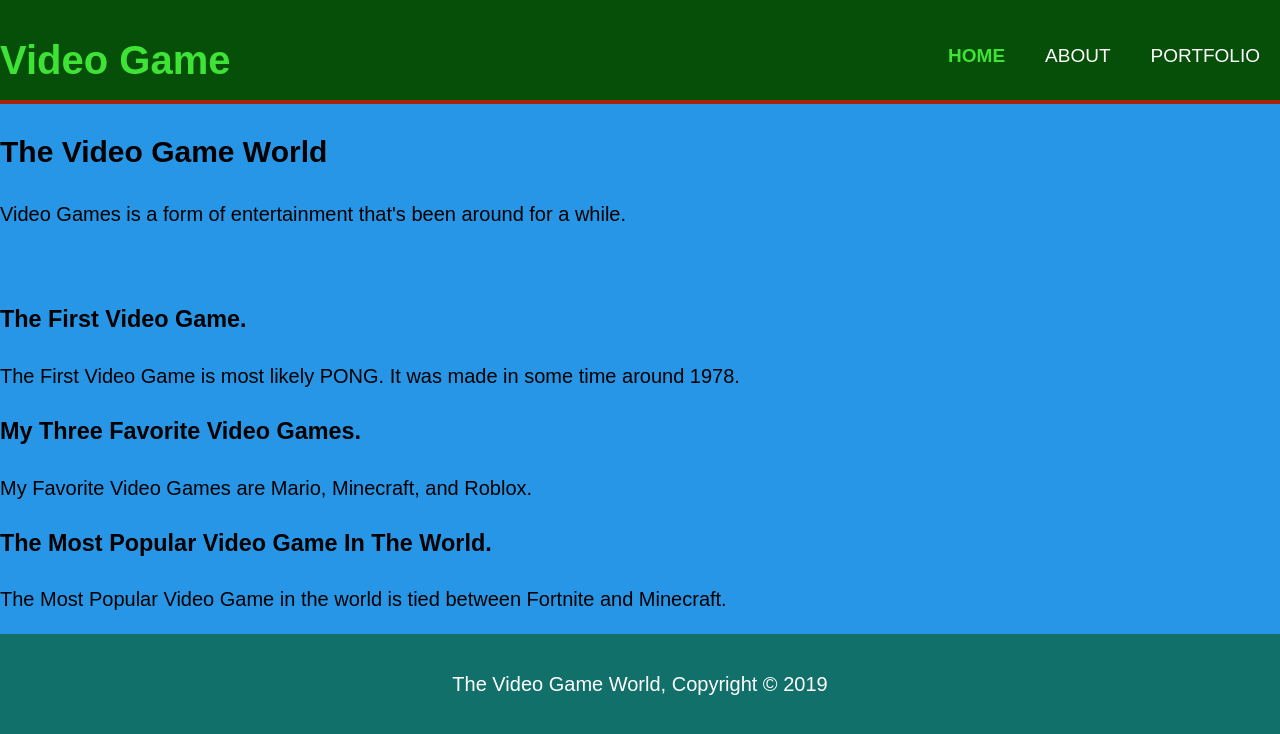
Repository: AndreeBroG/AndreeBroG.github.io
Page: index.html
The author's editor kept a record of every edit. The page is drawn from the files as they stood at one moment, then again after the next edit.
The browser window is 1280 px wide. The pictures show the whole page.

Above is the page before.

After the next edit:
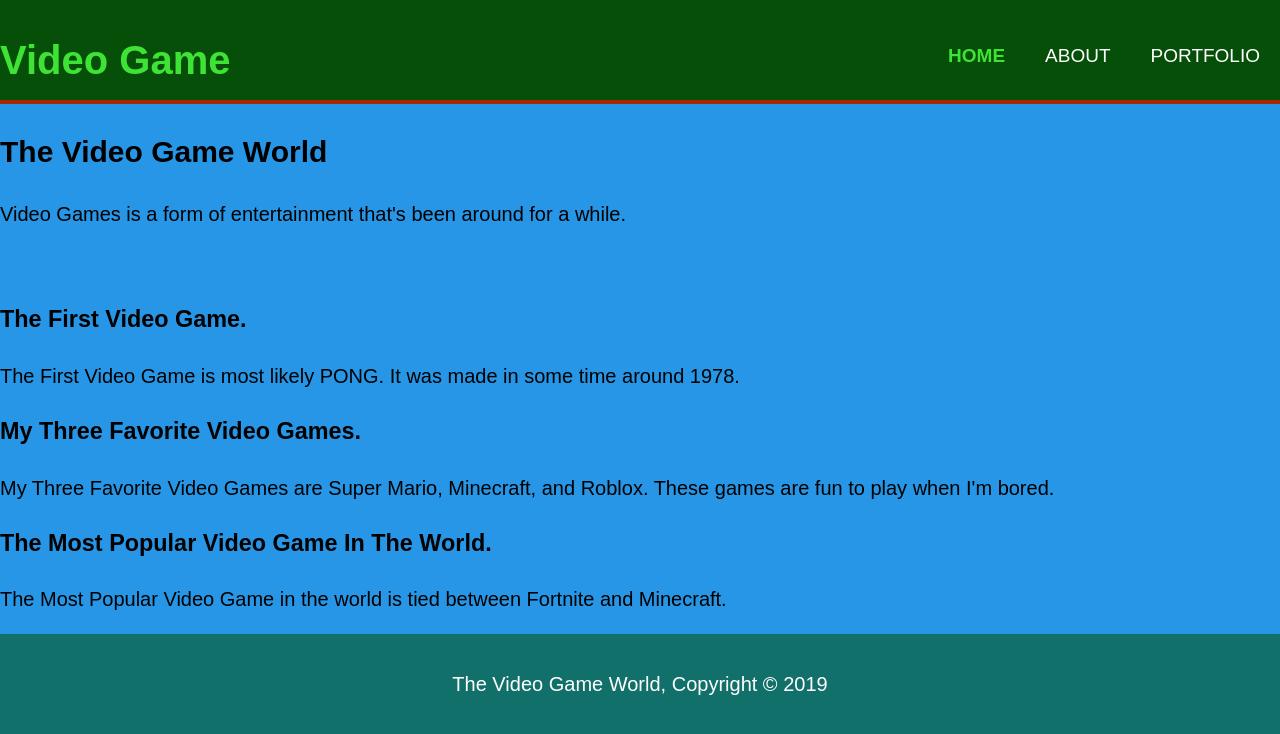
The edit:
--- a/index.html
+++ b/index.html
@@ -35,7 +35,7 @@
                  </div>
              <div class="box">
                  <h3>My Three Favorite Video Games.</h3>
-                 <p> My Favorite Video Games are Mario, Minecraft, and Roblox.</p>
+                 <p> My Three Favorite Video Games are Super Mario, Minecraft, and Roblox. These games are fun to play when I'm bored.</p>
                  </div>
              <div class="box">
                  <h3>The Most Popular Video Game In The World.</h3>
